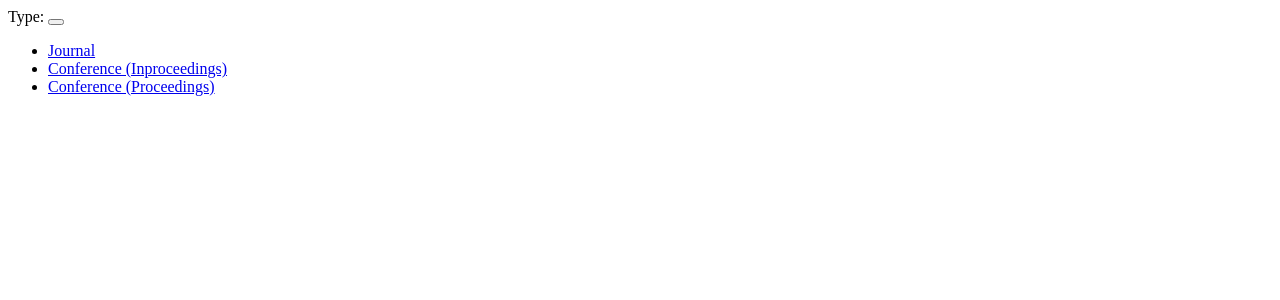
Repository: iancwwong/DigitalBibliographicalLibrary
Page: http://localhost/DigitalBibliographicLibrary/include/advancedsearch.jsp
The author's editor kept a copy of each file at every save. The page is drawn from the files as they stood at one save, then again after the next save.
The browser window is 1280 px wide. The pictures show the whole page.
The page is served by Tomcat 9. Other server files are loaded and not shown.

Above is the page before, as saved 2016-08-30 00:13:46.

### DigitalBibliographicLibrary/WebContent/include/advancedsearch.jsp
<div id="advancedSearch" class="container">

	<%-- Offer different types of publications --%>
	<div class="dropdown">
		<label class="control-label col-sm-2">Type:</label>
		<button class="btn btn-default dropdown-toggle" type="button" data-toggle="dropdown">
			<span class="caret"></span>
		</button>
		<ul class="dropdown-menu">
			<li><a href="#" onclick="openSearchOptions('journal')">Journal</a></li>
			<li><a href="#" onclick="openSearchOptions('conference (inproceedings)')">Conference (Inproceedings)</a></li>
			<li><a href="#" onclick="openSearchOptions('concerence (proceedings)')">Conference (Proceedings)</a></li>
		</ul>
	</div>

	<div id="advancedSearchOptions" class="container" >

	</div>

</div>

After the next save:
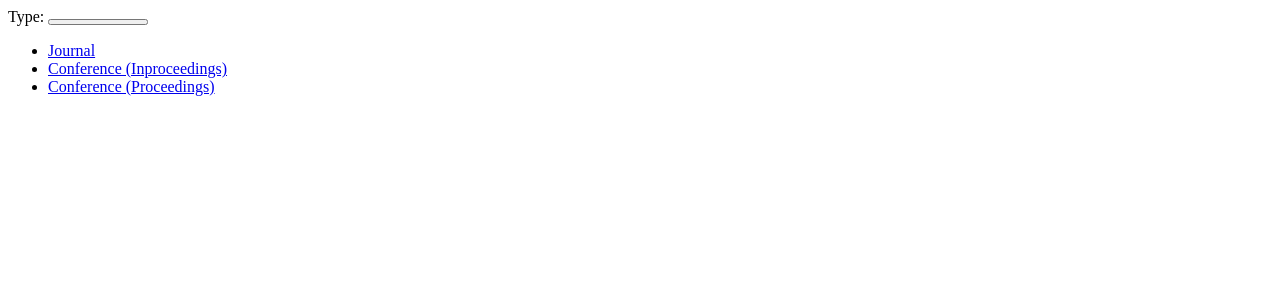
Saved 58 s later.
--- a/DigitalBibliographicLibrary/WebContent/include/advancedsearch.jsp
+++ b/DigitalBibliographicLibrary/WebContent/include/advancedsearch.jsp
@@ -3,7 +3,7 @@
 	<%-- Offer different types of publications --%>
 	<div class="dropdown">
 		<label class="control-label col-sm-2">Type:</label>
-		<button class="btn btn-default dropdown-toggle" type="button" data-toggle="dropdown">
+		<button class="btn btn-default dropdown-toggle" type="button" data-toggle="dropdown" style="width:100px">
 			<span class="caret"></span>
 		</button>
 		<ul class="dropdown-menu">
